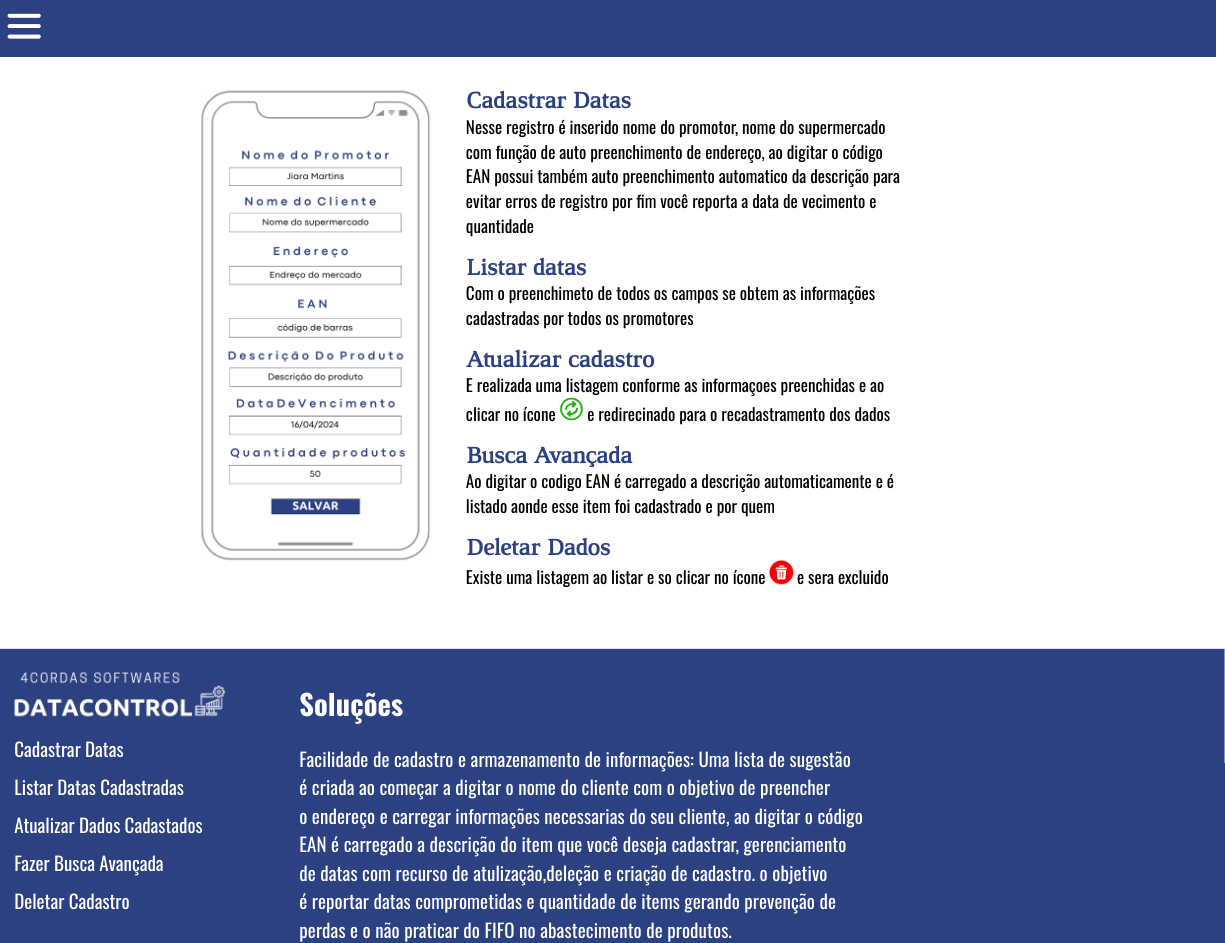
Repository: alfredo-allan/ControleDeDatasFrontEnd
Page: index.html
An editor plug-in stored every save of this project. The page is shown before and after the next save, followed by the edit.
The browser window is 1280 px wide. The page is 1289 px wide, so the pictures cover 1289 px, including what lies to the right of the window. The pictures show the whole page, at 95% of full size.

Above is the page before, as saved 2024-04-30 14:59:48.
Console error: TypeError: Cannot read properties of null (reading 'addEventListener')

### index.html
<!DOCTYPE html>
<html lang="pt-BR">
  <head>
    <meta charset="UTF-8" />
    <meta name="viewport" content="width=device-width, initial-scale=1.0" />
    <link rel="stylesheet" href="./style/style.css" />
    <link rel="preconnect" href="https://fonts.googleapis.com" />
    <link rel="preconnect" href="https://fonts.gstatic.com" crossorigin />
    <link
      href="https://fonts.googleapis.com/css2?family=Oswald:wght@200..700&display=swap"
      rel="stylesheet"
    />
    <title>Controle de Datas</title>
  </head>
  <body>
    <div class="header">
      <div id="menu-icon">
        <img id="icon-menu" src="./images/barra-de-menu.png" alt="" />
      </div>
      <div id="titulo">
        <!-- <h1>Controle De Datas</h1> -->
      </div>
      <div id="menu-options">
        <ul>
          <!-- <img id="usuario" src="./images/usuario-exemplo.jpg" alt="" /> -->
          <a href="pages/cadastro.html"><li>Cadastrar Datas</li></a>
          <a href="pages/listagem.html"><li>Listar Datas</li></a>
          <a href="pages/atualizar.html"><li>Atualizar Cadastro</li></a>
          <a href="pages/buscaavancada.html"><li>Busca Avançada</li></a>
          <a href="pages/deletar.html"><li>Deletar Dados</li></a>
        </ul>
      </div>
    </div>
    <img id="instrucao" src="./images/CadastrarDatas.png" alt="">
    <div class="coluna">
    <ul>
      <span>Cadastrar Datas</span>
      <li>Nesse registro é inserido nome do promotor, nome do supermercado com função de auto preenchimento de endereço, ao digitar o código EAN possui também auto preenchimento automatico da descrição para evitar erros de registro por fim você reporta a data de vecimento e quantidade</li>
      <span>Listar datas</span>
      <li>Com o preenchimeto de todos os campos se  obtem as informações cadastradas por todos os promotores</li>
      <span>Atualizar cadastro</span>
      <li>E realizada uma listagem conforme as informaçoes preenchidas e ao clicar no ícone <img src="./images/repetir.png" alt=""> e redirecinado para o recadastramento dos dados</li>
      <span>Busca Avançada</span>
      <li>Ao digitar o codigo EAN é carregado a descrição automaticamente e é listado aonde esse item foi cadastrado e por quem</li>
      <span>Deletar Dados</span>
      <li>Existe uma listagem ao listar e so clicar no ícone <img src="./images/excluir.png" alt=""> e sera excluido</li>
    </ul>
    </div>
    </div>
    <div class="footer">
      <div id="mapa" class="col-sm-6">
        <img id="tootext" src="./images/data.png" alt="" />
        <ul id="mapadosite">
          <a href="./pages/cadastro.html"><li>Cadastrar Datas</li></a>
          <a href="./pages/listagem.html"><li>Listar Datas Cadastradas</li></a>
          <a href="./pages/atualizar.html"
            ><li>Atualizar Dados Cadastados</li></a
          >
          <a href="./pages/buscaavancada.html"><li>Fazer Busca Avançada</li></a>
          <a href="./pages/deletar.html"><li>Deletar Cadastro</li></a>
        </ul>
      </div>
      <div id="solucao" class="col-sm-6">
        <span>Soluções</span>
        <p>
          Facilidade de cadastro e armazenamento de informações: Uma lista de
          sugestão <br />
          é criada ao começar a digitar o nome do cliente com o objetivo de
          preencher <br />
          o endereço e carregar informações necessarias do seu cliente, ao
          digitar o código <br />
          EAN é carregado a descrição do item que você deseja cadastrar,
          gerenciamento <br />
          de datas com recurso de atulização,deleção e criação de cadastro. o
          objetivo <br />
          é reportar datas comprometidas e quantidade de items gerando prevenção
          de <br />
          perdas e o não praticar do FIFO no abastecimento de produtos.
        </p>
      </div>
    </div>
  </body>
  <script src="./js/script.js"></script>
</html>

### style/style.css
:root {
  --cor-azul: rgb(44, 65, 129);
  --oswald-font: "Oswald", sans-serif;
  --luthier-font: "Luthier";
}

body {
  font-family: var(--oswald-font);
}

@font-face {
  font-family: "Luthier";
  src: url("../fonts/LuthierFF/Luthier-Regular.ttf") format("truetype");
  /* Adicione mais formatos (e.g. woff, woff2) conforme necessário */
}

#titulo h1 {
  font-family: var(--luthier-font);
  letter-spacing: 3px;
  font-weight: 900;
  color: white;
  margin-top: -30px;
  margin-left: 55px;
}

.column {
  display: flex;
  flex-direction: column;
  align-items: center;
  padding: 10px 20px 15px 15px;
  border: 1px solid #ccc;
  border-radius: 5px;
  width: 300px;
  margin: 0 auto;
  span {
    font-weight: 900;
    font-family: var(--luthier-font);
    letter-spacing: 3px;
    margin-bottom: 10px;
    color: var(--cor-azul);
  }
}

#logo img {
  margin-top: 200px;
  width: 250px;
  margin-left: 50px;
}

#logo {
  h1 {
    text-align: center;
    text-wrap: nowrap;
    font-size: 25px;
    font-family: var(--oswald-font);
    font-weight: 900;
    letter-spacing: 2px;
    color: var(--cor-azul);
  }
}

#form {
  margin-top: 80px;
}

input {
  margin-bottom: 5px;
  padding: 5px;
  width: 100%;
  box-sizing: border-box;
  font-weight: 600;
  margin-bottom: 10px;
}

input::placeholder {
  text-align: center;
  color: gray;
  font-family: var(--oswald-font);
  font-weight: 400;
}

input:focus {
  outline-color: var(--cor-azul); /* Altere a cor aqui */
}

.header {
  position: fixed;
  top: 0;
  left: 0;
  width: 100%;
  height: 60px;
  background-color: var(--cor-azul);
}

#icon-menu {
  width: 35px;
  margin-top: 10px;
  z-index: 1;
  margin-left: 8px;
  cursor: pointer;
}

#menu-options ul {
  list-style: none;
  padding: 0;
  margin-left: 5px;
  font-size: 20px;
  font-weight: 500;
  text-wrap: nowrap;
  font-family: var(--oswald-font);
  z-index: 999;
}

#menu-options ul li {
  padding: 10px;
  letter-spacing: 2px;
  cursor: pointer;
  z-index: 999;
}

a {
  text-decoration: none; /* Remove sublinhado */
  color: inherit; /* Mantém a cor padrão do texto */
  /* Adicione quaisquer outros estilos desejados para o link */
}

#menu-options {
  display: none;
  position: absolute;
  top: 0;
  left: 0;
  margin-top: 60px;
  width: 55%;
  height: 41vh;
  border-bottom-right-radius: 15px;
  background-color: var(--cor-azul);
  color: white;
  font-family: var(--oswald-font);
  font-weight: 900;
  z-index: 999;
}

button {
  text-align: center;
  width: 110px;
  height: 30px;
  padding: 6px 30px;
  background-color: rgba(44, 65, 129, 0.897);
  border-radius: 5px;
  color: white;
  border: none;
  border-radius: 5px;
  cursor: pointer;
  font-family: var(--oswald-font);
}

button:focus {
  outline: 2px solid var(--cor-azul);
}

.footer {
  width: 102%;
  position: relative;
  margin-top: 5%;
  margin-left: -8px;
  margin-bottom: -20px;
  background-color: var(--cor-azul);
}

.footer img {
  width: 300px;
  height: 60px;
  margin-top: 2px;
  cursor: pointer;
  margin-left: 10px;
}

#autocomplete-list-id {
  background-color: #f1f1f1;
  border: 1px solid #d4d4d4;
  color: var(--cor-azul);
  border-top: none;
  max-height: 200px;
  overflow-y: auto;
  position: absolute;
  /* z-index: 999; */
  margin-top: -10px;
  margin-left: 60px;
}

.autocomplete-items div {
  padding: 10px;
  cursor: pointer;
  background-color: #fff;
  border-bottom: 1px solid #d4d4d4;
}

.autocomplete-items div:hover {
  background-color: #e9e9e9;
}

.autocomplete-items div strong {
  font-weight: bold;
}

#data-list {
  margin: 0 auto;
  left: 50%;
  transform: translateX(-50%);
  margin: 0 auto;
  left: 50%;
  top: 60%;
  transform: translate(-50%, -50%);
  /* border: 1px solid var(--cor-azul); */
  color: var(--cor-azul);
  border-radius: 5px;
  max-height: 330px;
  overflow-y: auto;
  position: absolute;
  z-index: -1;
  margin-top: 110px;
  margin-left: 0px;
  width: 336px;
  list-style: none;
  .name {
    font-family: var(--oswald-font);
    font-weight: 900;
    font-size: 17px;
  }
  .item {
    font-family: var(--oswald-font);
    font-weight: 500;
    font-size: 15;
    color: rgb(0, 0, 0);
  }
}

/* #promotor {
  line-height: 60px;
} */

#data-list {
  /* Estilos do elemento #data-list */
  /* Defina outras propriedades conforme necessário */

  scrollbar-color: var(--cor-azul) var(--cor-azul); /* Cor da barra de rolagem e do fundo da barra */
}

#data-list::-webkit-scrollbar {
  width: 10px; /* Largura da barra de rolagem */
}

#data-list::-webkit-scrollbar-thumb {
  background-color: white; /* Cor da barra de rolagem */
  border-radius: 5px; /* Raio de borda da barra de rolagem */
}

#texto-descritivo {
  text-align: justify;
  margin-top: 200px;
  position: fixed;
  font-family: var(--luthier-font);
  letter-spacing: 3px;
  line-height: 2;
  margin-right: 8px;
  font-weight: 900;
  color: var(--cor-azul);
}

#del {
  width: 25px;
  margin: -4px;
  margin-left: 20px;
}

#atualizar {
  width: 25px;
  margin: -5px;
  margin-left: 20px;
}

.video {
  width: 100%;
  height: 100vh; /* Altura ocupando toda a tela */
}

.video video {
  position: fixed;
  top: 0;
  left: 0;
  width: 100%;
  height: 20%;
  object-fit: cover;
  margin-top: 52px;
}

.modal {
  display: none; /* Escondido por padrão */
  position: fixed;
  z-index: 1;
  left: 0;
  top: 0;
  width: 100%;
  height: 100%;
  overflow: auto;
  background-color: rgba(0, 0, 0, 0.4);
}

.modal-content {
  background-color: #fefefe;
  margin: 15% auto;
  padding: 20px;
  border: 2px solid #888;
  width: 80%;
  border-radius: 10px;
  p {
    text-align: center;
    font-family: var(--luthier-font);
    letter-spacing: 3px;
    font-weight: 600;
    color: var(--cor-azul);
  }
}

.close {
  color: #aaa;
  float: right;
  font-size: 28px;
  font-weight: bold;
}

.close:hover,
.close:focus {
  color: black;
  text-decoration: none;
  cursor: pointer;
}

#modalbtn {
  text-align: center;
}

#confirmButton {
  margin-right: 5px;
}

#tootext {
  margin-left: -40px;
  margin-top: 20px;
}

#mapadosite {
  font-family: var(--oswald-font);
  list-style: none;
  margin-top: 0px;
  line-height: 40px;
  text-align: left;
  margin-left: -25px;
  color: white;
  font-size: 20px;
}

#mapa {
  text-align: left;
}

#solucao {
  margin-top: -270px;
  margin-left: 315px;
  font-family: var(--oswald-font);
  letter-spacing: 0.1px;
  color: white;
  span {
    font-size: 30px;
    font-weight: 900;
  }
  p {
    font-size: 20px;
    text-align: left;
  }
}

@media (min-width: 310px) and (max-width: 580px) {
  #solucao {
    margin-top: -10px;
    margin-left: -200px;
    text-align: center;
  }
}

@media (min-width: 310px) and (max-width: 580px) {
  #solucao span {
    margin-left: -30px;
  }
}

@media (min-width: 310px) and (max-width: 580px) {
  #solucao p {
    font-size: 20px;
    text-align: left;
    margin-left: 215px;
  }
}

@media (min-width: 310px) and (max-width: 580px) {
  .footer {
    margin-top: 20%;
    position: absolute;
    margin-left: -8px;
    width: 100%;
    margin-bottom: 0px;
  }
}

.footer_pg {
  position: fixed;
  left: 0;
  bottom: 0;
  width: 100%;
  height: 60px;
  background-color: var(--cor-azul);
}

@media (min-width: 310px) and (max-width: 580px) {
  .footer_pg img {
    margin-left: auto;
    margin-right: auto;
    display: block;
  }
}

#instrucao {
  margin-top: 80px;
  width: 250px;
  margin-left: 200px;
}

@media (min-width: 500px) and (max-width: 1200px) {
  #instrucao {
    margin-left: 20px;
  }
}

@media (min-width: 500px) and (max-width: 1200px) {
  .coluna {
  }
}

.coluna {
  /* display: flex; */
  flex-direction: column;
  direction: ltr;
  /* justify-content: center; */
  margin-left: 35%;
  margin-top: -41%;
  width: 40%;
  li {
    list-style: none;
    margin-bottom: 20px;
    font-family: var(--oswald-font);
    font-size: 18px;
  }
  span {
    margin-bottom: 10;
    font-size: 25px;
    font-family: var(--luthier-font);
    font-weight: 900;
    color: var(--cor-azul);
  }

  img {
    width: 25px;
  }
}

### js/script.js
document.addEventListener("DOMContentLoaded", function () {
  carregarDados();

  document
    .getElementById("data-vencimento")
    .addEventListener("input", formatarData);

  document.getElementById("ean").addEventListener("input", function () {
    var eanSelecionado = document.getElementById("ean").value;
    preencherDescricaoPorEAN(eanSelecionado);
  });
});

function formatarData() {
  let inputData = document.getElementById("data-vencimento").value;

  let dataFormatada = inputData.replace(/^(\d{2})(\d{2})(\d{2})$/, "$1/$2/$3");

  document.getElementById("data-vencimento").value = dataFormatada;
}

function preencherDescricaoPorEAN(ean) {
  fetch("../frutap.json")
    .then((response) => response.json())
    .then((data) => {
      const mercados = data.mercados;

      for (let mercado of mercados) {
        const produto = mercado.produtos.find(
          (produto) => produto.codigoEAN === ean
        );
        if (produto) {
          document.getElementById("descricao-produto").value =
            produto.descricao;
          return; // Encerra o loop assim que encontrar o produto correspondente
        }
      }

      // Se não encontrou nenhum produto com o código EAN correspondente
      document.getElementById("descricao-produto").value =
        "Produto não encontrado";
    })
    .catch((error) => {
      console.error("Erro ao carregar os dados do arquivo JSON:", error);
    });
}

function carregarDados() {
  fetch("../frutap.json")
    .then((response) => {
      if (response.ok) {
        return response.json();
      } else {
        throw new Error("Erro ao carregar os dados");
      }
    })
    .then((data) => {
      if (data && data.mercados) {
        const mercados = data.mercados.map((mercado) => mercado.nome);
        const codigosEAN = data.mercados.map((mercado) => mercado.codigoEAN);
        const enderecos = data.mercados.map((mercado) => mercado.endereco);

        autocomplete(document.getElementById("nome-cliente"), mercados, data);
        autocomplete(document.getElementById("ean"), codigosEAN);
        autocomplete(
          document.getElementById("endereco-cliente"),
          enderecos,
          data
        );
      } else {
        console.error("Formato de dados inválido");
      }
    })
    .catch((error) => {
      console.error("Erro ao carregar os dados do arquivo JSON:", error);
    });
}
function autocomplete(inp, arr, data) {
  var currentFocus;

  inp.addEventListener("input", function (e) {
    var a,
      b,
      i,
      val = this.value;
    closeAllLists();
    if (!val) {
      return false;
    }
    currentFocus = -1;
    a = document.createElement("DIV");
    a.setAttribute("id", "autocomplete-list-id");
    a.setAttribute("class", "autocomplete-items");
    this.parentNode.appendChild(a);
    for (i = 0; i < arr.length; i++) {
      if (
        arr[i] &&
        arr[i].substr(0, val.length).toUpperCase() == val.toUpperCase()
      ) {
        b = document.createElement("DIV");
        b.innerHTML = "<strong>" + arr[i].substr(0, val.length) + "</strong>";
        b.innerHTML += arr[i].substr(val.length);
        b.innerHTML += "<input type='hidden' value='" + arr[i] + "'>";
        b.addEventListener("click", function (e) {
          inp.value = this.getElementsByTagName("input")[0].value;
          closeAllLists();
          // Preencher o campo de Endereço do mercado ao selecionar o nome do mercado
          var selectedMarket = this.getElementsByTagName("input")[0].value;
          var mercadoSelecionado = data.mercados.find(
            (mercado) => mercado.nome === selectedMarket
          );
          if (mercadoSelecionado) {
            var enderecoCompleto =
              mercadoSelecionado.endereco.rua +
              ", " +
              mercadoSelecionado.endereco.bairro +
              ", " +
              mercadoSelecionado.endereco.cidade +
              ", " +
              mercadoSelecionado.endereco.estado;
            document.getElementById("endereco-cliente").value =
              enderecoCompleto;
          }
        });
        a.appendChild(b);
      }
    }
  });

  function closeAllLists(elmnt) {
    var x = document.getElementsByClassName("autocomplete-items");
    for (var i = 0; i < x.length; i++) {
      if (elmnt != x[i] && elmnt != inp) {
        x[i].parentNode.removeChild(x[i]);
      }
    }
  }

  document.addEventListener("click", function (e) {
    closeAllLists(e.target);
  });
}

const menuIcon = document.getElementById("menu-icon");
const menuOptions = document.getElementById("menu-options");

menuIcon.addEventListener("click", function () {
  if (menuOptions.style.display === "none") {
    menuOptions.style.display = "block";
  } else {
    menuOptions.style.display = "none";
  }
});

document.getElementById("btn-salvar").addEventListener("click", function () {
  const nomePromotor = document.getElementById("nome-promotor").value;
  const nomeCliente = document.getElementById("nome-cliente").value;
  const enderecoCliente = document.getElementById("endereco-cliente").value;
  const ean = document.getElementById("ean").value;
  const descricaoProduto = document.getElementById("descricao-produto").value;
  const dataVencimento = document.getElementById("data-vencimento").value;
  const quantidadeProdutos = document.getElementById(
    "quantidade-produtos"
  ).value;

  fetch("https://v1controledatas.pythonanywhere.com/salvar-dados", {
    method: "POST",
    headers: {
      "Content-Type": "application/json",
    },
    body: JSON.stringify({
      nomePromotor: nomePromotor,
      nomeCliente: nomeCliente,
      enderecoCliente: enderecoCliente,
      ean: ean,
      descricaoProduto: descricaoProduto,
      dataVencimento: dataVencimento,
      quantidadeProdutos: quantidadeProdutos,
    }),
  })
    .then((response) => {
      if (response.ok) {
        // alert("Dados salvos com sucesso!");
      } else {
        throw new Error("Erro ao salvar os dados");
      }
    })
    .catch((error) => {
      console.error("Erro ao salvar os dados:", error);
    });
});

// Selecionando o botão de fechar e o modal

Loaded but not shown: frutap.json (455 lines, source omitted)

After the next save:
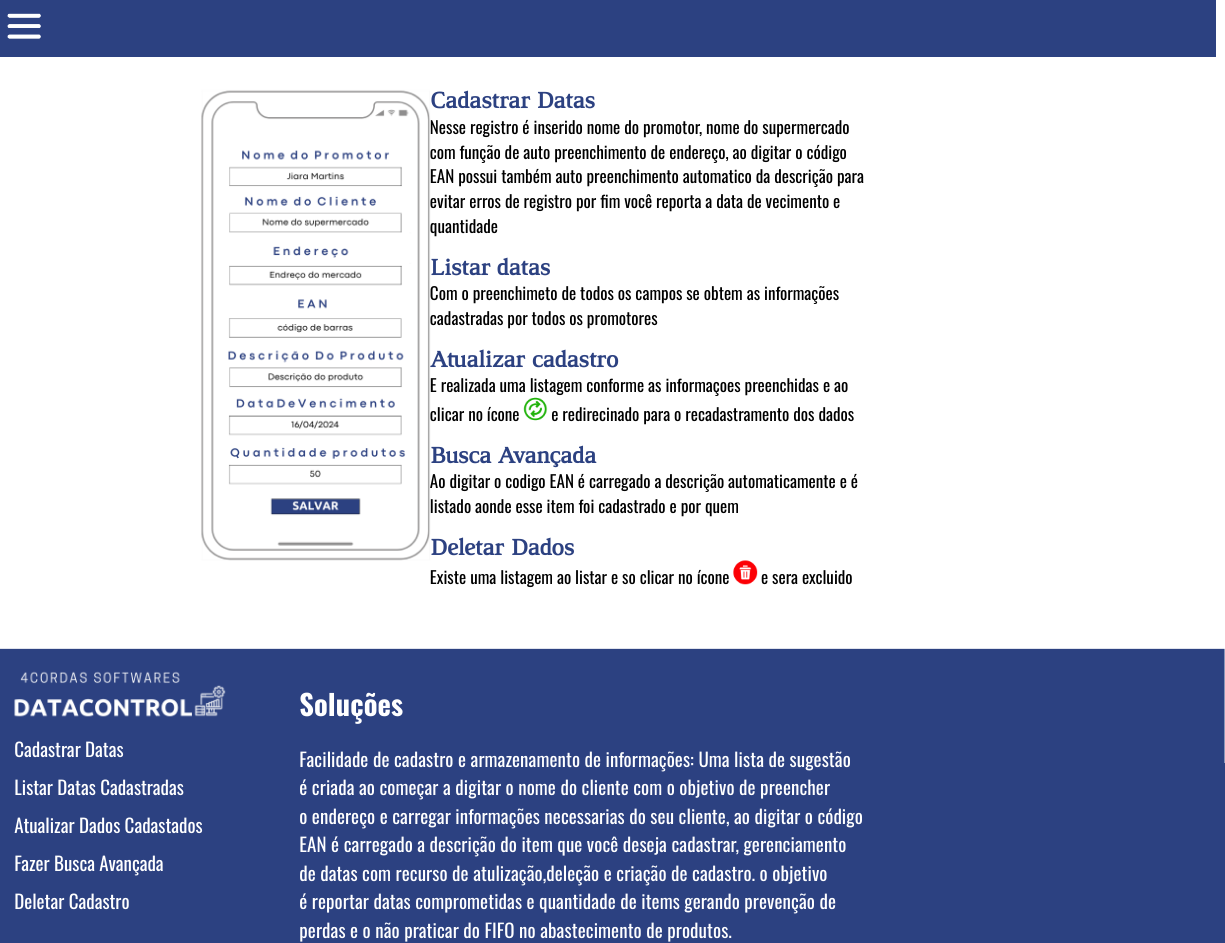
Saved 6 s later.
--- a/style/style.css
+++ b/style/style.css
@@ -451,7 +451,7 @@ button:focus {
   flex-direction: column;
   direction: ltr;
   /* justify-content: center; */
-  margin-left: 35%;
+  margin-left: 32%;
   margin-top: -41%;
   width: 40%;
   li {
